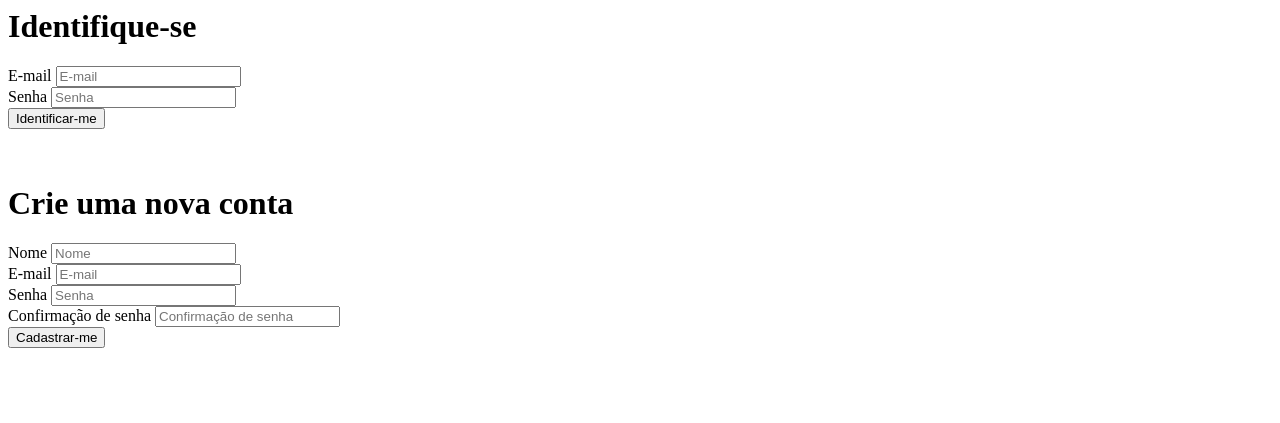
Repository: organicos/organicos.github.io
Page: partials/security/signin.html
The author's editor kept a record of every edit. The page is drawn from the files as they stood at one moment, then again after the next edit.
The browser window is 1280 px wide. The pictures show the whole page.

Above is the page before.

### partials/security/signin.html
<div class="row background-violet text-white" ng-controller="SigninCtrl as SigninCtrl">
    <div class="col-sm-offset-1 col-sm-8">
        <h1>Identifique-se</h1>
        <form class="form" role="form" ng-submit="signin()">
            <div class="form-group">
                <label for="email" class="control-label">E-mail</label>
                <input type="email" class="form-control" id="email" placeholder="E-mail" ng-model="email">
            </div>
            <div class="form-group">
                <label for="password" class="control-label">Senha</label>
                <input type="password" class="form-control" id="password" placeholder="Senha" ng-model="password">
            </div>
            <div class="form-group">
                <button type="submit" class="btn btn-default" ng-disabled="processingSignInUp">Identificar-me</button>
            </div>
        </form>
        <br>
    </div>
    <div class="col-sm-offset-2 col-sm-12 background-blue-dark" ng-controller="SignupCtrl as SignupCtrl">
        <h1>Crie uma nova conta</h1>
        <form class="form" role="form" ng-submit="signup()">
            <div class="form-group col-xs-12">
                <label for="name" class="control-label">Nome</label>
                <input type="text" class="form-control" id="name" placeholder="Nome" ng-model="name">
            </div>
            <div class="form-group col-xs-12">
                <label for="email" class="control-label">E-mail</label>
                <input type="email" class="form-control" id="email" placeholder="E-mail" ng-model="email">
            </div>
            <div class="form-group col-xs-12">
                <label for="password" class="control-label">Senha</label>
                <input type="password" class="form-control" id="password" placeholder="Senha" ng-model="password">
            </div>
            <div class="form-group col-xs-12">
                <label for="password_hint" class="control-label">Confirmação de senha</label>
                <input type="password" class="form-control" id="password_hint" placeholder="Confirmação de senha" ng-model="password_hint">
            </div>
            <div class="form-group">
                <button type="submit" class="btn btn-primary" ng-disabled="processingSignInUp">Cadastrar-me</button>
            </div>
        </form>
        <br>
    </div>
</div>

After the next edit:
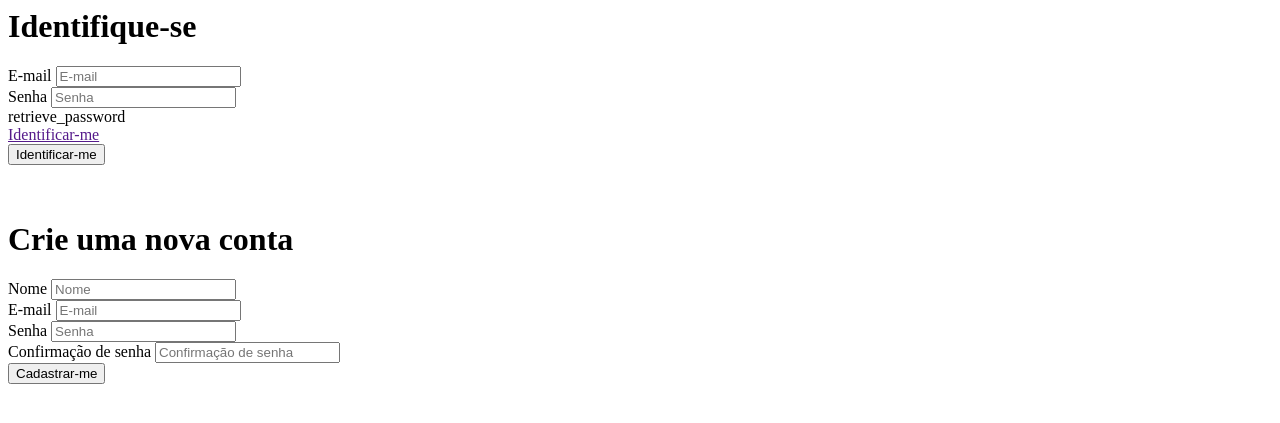
The edit:
--- a/partials/security/signin.html
+++ b/partials/security/signin.html
@@ -9,6 +9,9 @@
             <div class="form-group">
                 <label for="password" class="control-label">Senha</label>
                 <input type="password" class="form-control" id="password" placeholder="Senha" ng-model="password">
+            </div>retrieve_password
+            <div class="form-group">
+                <a href="" class="btn btn-link" ng-disabled="processingSignInUp">Identificar-me</a>
             </div>
             <div class="form-group">
                 <button type="submit" class="btn btn-default" ng-disabled="processingSignInUp">Identificar-me</button>
